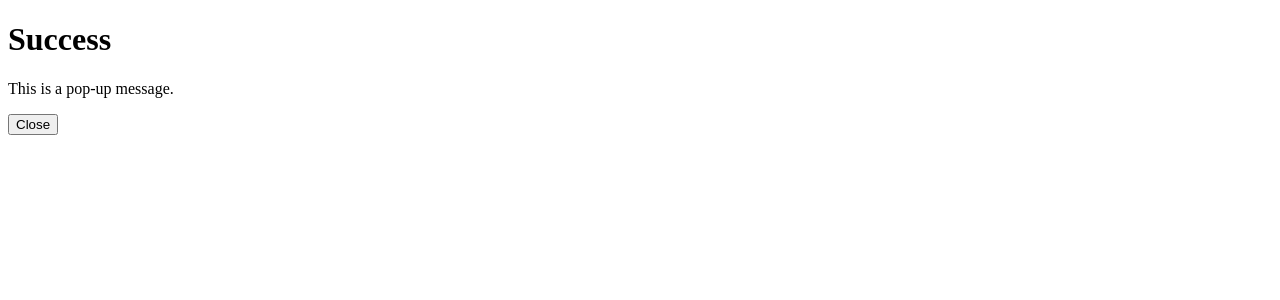
Repository: nishadi-s/Online-Staff-Management-System
Page: http://localhost/LeavingEmp/success.jsp
The author's editor kept a copy of each file at every save. The page is drawn from the files as they stood at one save, then again after the next save.
The browser window is 1280 px wide. The pictures show the whole page.
The page is served by Tomcat 9.

Above is the page before, as saved 2023-10-24 11:53:01.

After the next save:
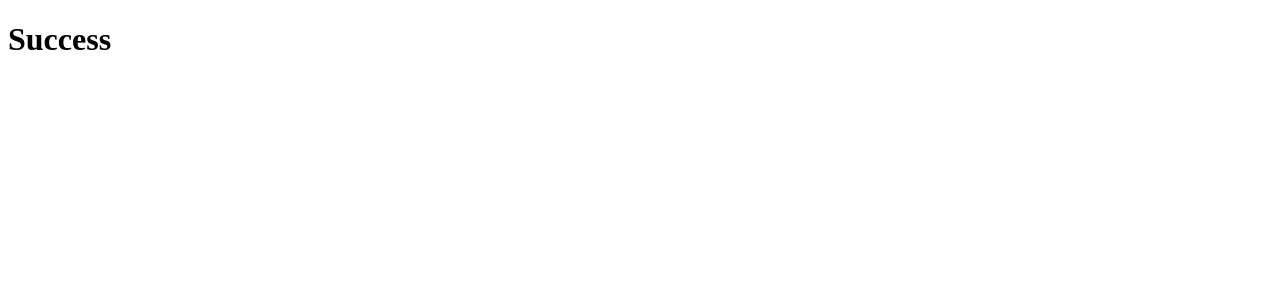
Saved 53 s later.
--- a/LeavingEmp/src/main/webapp/success.jsp
+++ b/LeavingEmp/src/main/webapp/success.jsp
@@ -14,16 +14,7 @@
 
 <h1>Success</h1>
 
-<div id="popup" class="popup-container">
-  <p>This is a pop-up message.</p>
-  <button onclick="closePopup()">Close</button>
-</div>
 
-<script>
-function closePopup() {
-  document.getElementById('popup').classList.remove('show-popup');
-}
-</script>
 </body>
 
 </html>

After the save that followed:
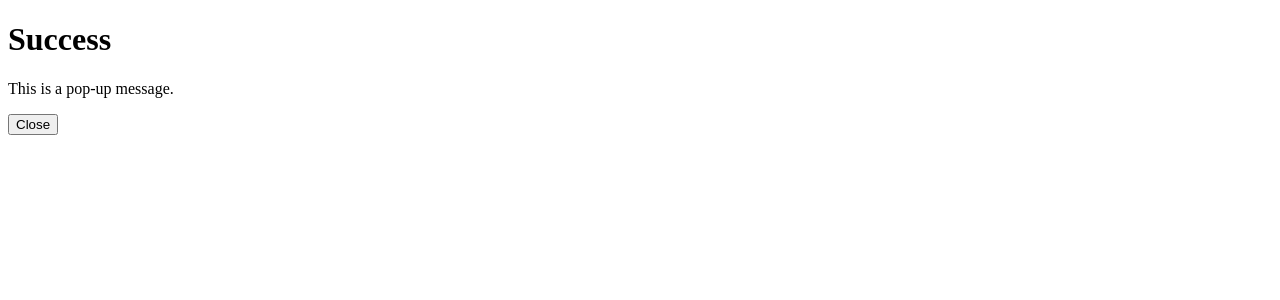
Saved 41 s later.
--- a/LeavingEmp/src/main/webapp/success.jsp
+++ b/LeavingEmp/src/main/webapp/success.jsp
@@ -14,7 +14,16 @@
 
 <h1>Success</h1>
 
+<div id="popup" class="popup-container">
+  <p>This is a pop-up message.</p>
+  <button onclick="closePopup()">Close</button>
+</div>
 
+<script>
+function closePopup() {
+  document.getElementById('popup').classList.remove('show-popup');
+}
+</script>
 </body>
 
 </html>
